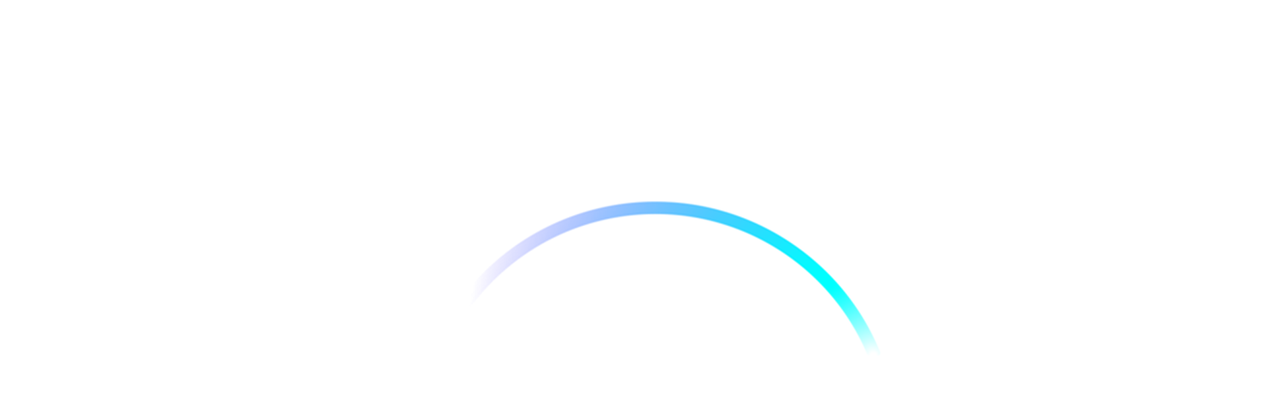
Repository: jkchinthaka/Build-Full-Stack-Disney-clone-Project
Page: / (app in disney clone/)
An editor plug-in stored every save of this project. The page is shown before and after the next save, followed by the edit.
The browser window is 1280 px wide. The pictures show the whole page.
The project was rebuilt for these pictures with package versions that can differ from the ones it lists, and the page was loaded fresh each time. Also part of the build but not shown: disney clone/vite.config.js.

Above is the page before, as saved 2024-11-25 20:05:33.

### disney clone/index.html
<!doctype html>
<html lang="en">
  <head>
    <meta charset="UTF-8" />
    <link rel="icon" type="image/svg+xml" href="/vite.svg" />
    <meta name="viewport" content="width=device-width, initial-scale=1.0" />
    <title>disney clone</title>
  </head>
  <body>
    <div id="root"></div>
    <script type="module" src="/src/main.jsx"></script>
  </body>
</html>

### disney clone/src/index.css

/* Custom global styles */
:root {
  font-family: Inter, system-ui, Avenir, Helvetica, Arial, sans-serif;
  line-height: 1.5;
  font-weight: 400;

  color-scheme: light dark;
  color: rgba(255, 255, 255, 0.87);
  background-color: #242424;

  font-synthesis: none;
  text-rendering: optimizeLegibility;
  -webkit-font-smoothing: antialiased;
  -moz-osx-font-smoothing: grayscale;
}

a {
  font-weight: 500;
  color: #646cff;
  text-decoration: inherit;
}
a:hover {
  color: #535bf2;
}

body {
  margin: 0;
  display: flex;
  place-items: center;
  min-width: 320px;
  min-height: 100vh;
}

h1 {
  font-size: 3.2em;
  line-height: 1.1;
}

button {
  border-radius: 8px;
  border: 1px solid transparent;
  padding: 0.6em 1.2em;
  font-size: 1em;
  font-weight: 500;
  font-family: inherit;
  background-color: #1a1a1a;
  cursor: pointer;
  transition: border-color 0.25s;
}
button:hover {
  border-color: #646cff;
}
button:focus,
button:focus-visible {
  outline: 4px auto -webkit-focus-ring-color;
}

@media (prefers-color-scheme: light) {
  :root {
    color: #213547;
    background-color: #ffffff;
  }
  a:hover {
    color: #747bff;
  }
  button {
    background-color: #f9f9f9;
  }
}

### disney clone/src/App.jsx
/* eslint-disable no-unused-vars */
import { useState } from 'react';
import './App.css';
import Header from './Components/Header';
import ReactDOM from 'react-dom';

// Import the default export 'Header'

function App() {
  const [count, setCount] = useState(0); // You can remove this if unused

  return (
    <div>
      <Header />
    </div>
  );
}

export default App;

### disney clone/src/Components/Header.jsx
/* eslint-disable no-unused-vars */
// eslint-disable-next-line no-unused-vars
import React from 'react'
import logo from './../assets/logo.png'
function Header() {
  return (
    <div>
      <img src={logo} className='w-[80px]'/>
    </div>
  )
}

export default Header

Loaded but not shown: disney clone/src/main.jsx (common file); disney clone/src/App.css (common file)

After the next save:
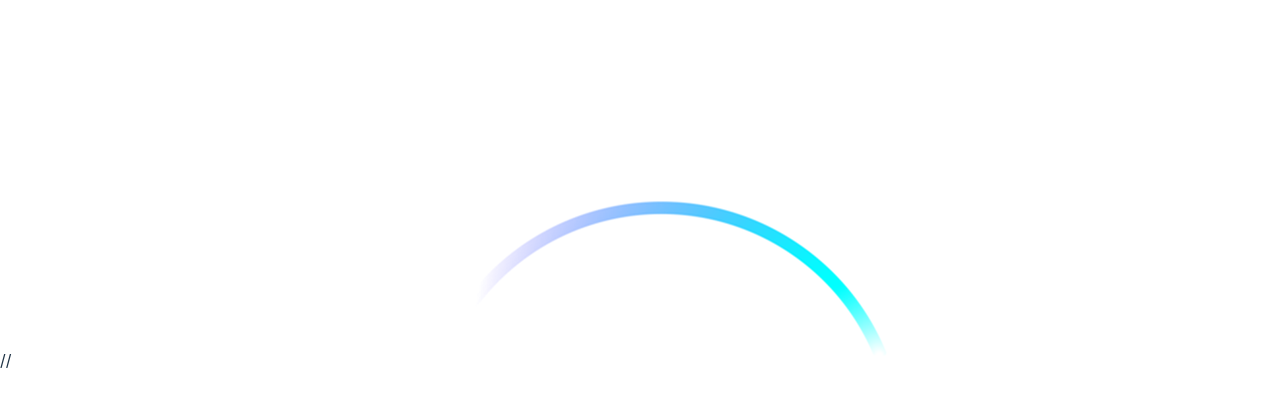
Saved 53 min 8 s later.
--- a/disney clone/index.html
+++ b/disney clone/index.html
@@ -7,7 +7,7 @@
     <title>disney clone</title>
   </head>
   <body>
-    <div id="root"></div>
+    //<div id="root"></div>
     <script type="module" src="/src/main.jsx"></script>
   </body>
 </html>

After the 2 saves that followed:
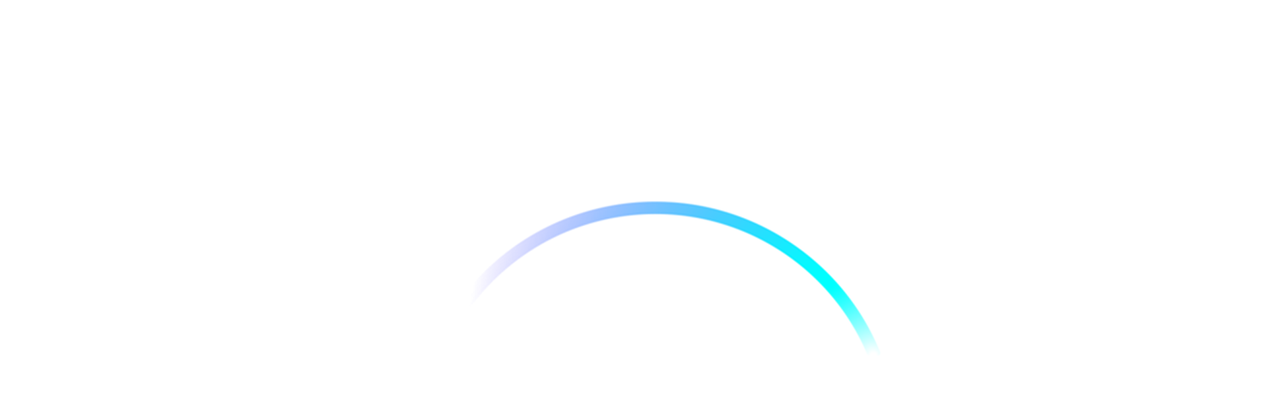
The 2 saves are shown as one change because they came seconds apart.
The last was saved 5 s later.
--- a/disney clone/index.html
+++ b/disney clone/index.html
@@ -7,7 +7,7 @@
     <title>disney clone</title>
   </head>
   <body>
-    //<div id="root"></div>
+    <div id="root"></div>
     <script type="module" src="/src/main.jsx"></script>
   </body>
 </html>
